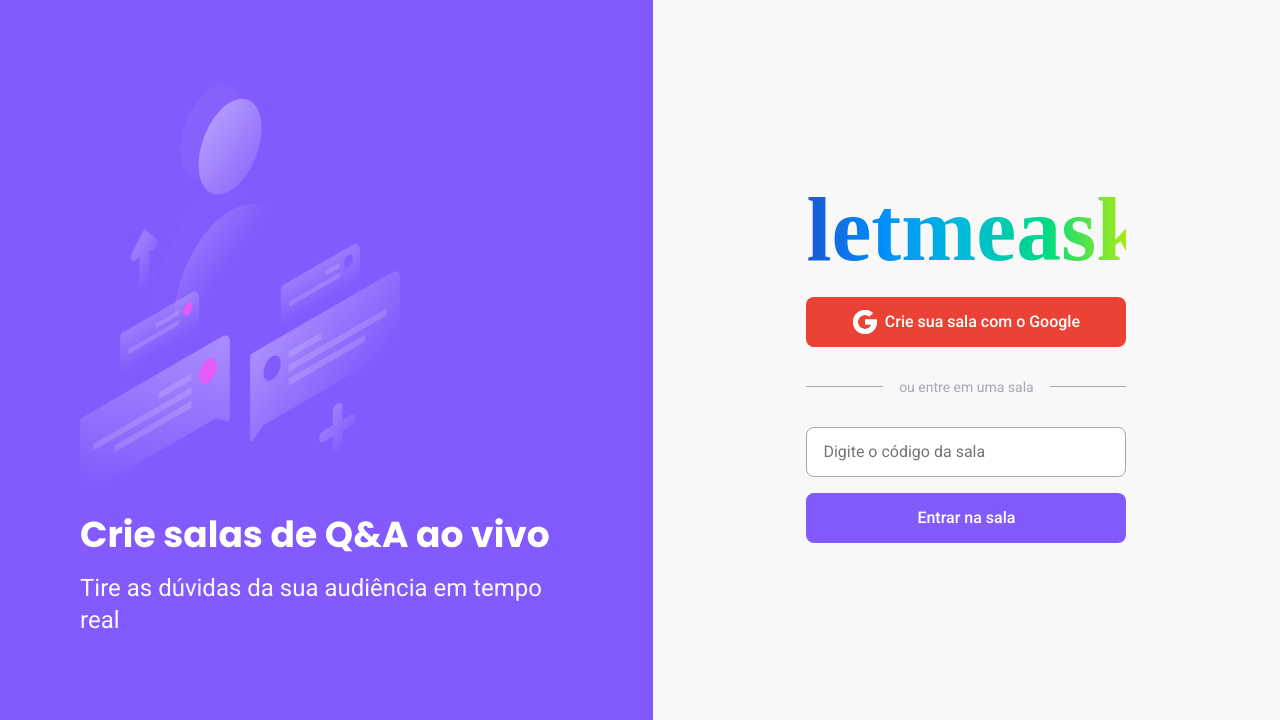
Repository: joaovnogueira/letmeask
Page: /
An editor plug-in stored every save of this project. The page is shown before and after a run of saves, followed by the edit.
The browser window is 1280 px wide. The pictures show the whole page.
The project was rebuilt for these pictures with package versions that can differ from the ones it lists, and the page was loaded fresh each time. A package was used in the major version that the imports need, not the one package.json lists. Also part of the build but not shown: src/pages/NewRoom.tsx, src/components/Question.tsx, src/styles/room-code.scss, src/components/RoomCode.tsx, src/hooks/useRoom.tsx, src/styles/rooms.scss, src/pages/AdminRoom.tsx. Imported but missing from the stored project, and not drawn on this page: src/pages/Room.

Above is the page before, as saved 2022-03-12 15:19:21.

### public/index.html
<!DOCTYPE html>
<html lang="en">
  <head>
    <meta charset="utf-8" />
    <meta name="viewport" content="width=device-width, initial-scale=1" />


    <link rel="preconnect" href="https://fonts.googleapis.com">
    <link rel="preconnect" href="https://fonts.gstatic.com" crossorigin>
    <link href="https://fonts.googleapis.com/css2?family=Poppins:wght@400;700&family=Roboto:wght@400;500&display=swap" rel="stylesheet">


    <title>Letmeask</title>


  </head>
  <body>
    <noscript>You need to enable JavaScript to run this app.</noscript>
    <div id="root"></div>
  </body>
</html>

### src/index.tsx
import React from 'react';
import ReactDOM from 'react-dom';
import App from './App';

import './services/firebase';
import './styles/global.scss';

ReactDOM.render(
  <React.StrictMode>
    <App />
  </React.StrictMode>,
  document.getElementById('root')
);

### src/App.tsx
import { BrowserRouter, Route, Switch } from 'react-router-dom'

import { Home } from './pages/Home';
import { NewRoom } from './pages/NewRoom'
import { Room } from './pages/Room';
import { AdminRoom } from './pages/AdminRoom';

import { AuthContextProvider } from './contexts/AuthContext'


function App() {


  return (
     <BrowserRouter>
      <AuthContextProvider>
        <Switch>
          <Route path="/" exact component={Home} />
          <Route path="/rooms/new" exact component={NewRoom} />
          <Route path="/rooms/:id" component={Room} />

          <Route path="/admin/rooms/:id" component={AdminRoom} />
        </Switch>
      </AuthContextProvider>
     </BrowserRouter>
  );
}

export default App;

### src/services/firebase.ts

import firebase from 'firebase/compat/app';

import 'firebase/compat/auth';
import 'firebase/compat/firestore';
import 'firebase/compat/database';

//import firebase from 'firebase/app';

//import 'firebase/auth';
//import 'firebase/firestore';



const firebaseConfig = {
    apiKey: process.env.REACT_APP_API_KEY,
    authDomain: process.env.REACT_APP_AUTH_DOMAIN,
    databaseURL: process.env.REACT_APP_DATABASE_URL,
    projectId: process.env.REACT_APP_PROJECT_ID,
    storageBucket: process.env.REACT_APP_STORAGE_BUCKET,
    messagingSenderId: process.env.REACT_APP_MESSAGING_SENDER_ID,
    appId: process.env.REACT_APP_APP_ID
  };

  firebase.initializeApp(firebaseConfig);


//const auth = firebase.auth();
const database = firebase.database();
const auth = firebase.auth();

export {auth, database, firebase}
//export {firebase}
//export {auth}
//export {database}

### src/styles/global.scss
*{
    margin: 0;
    padding: 0;
    box-sizing: border-box;
}

body{
    background: #f8f8f8;
    color: #29292e
}

body, input, button, textarea{
    font: 400 16px 'Roboto', sans-serif;
}

### src/pages/Home.tsx
import { useHistory } from "react-router-dom";

//import 'firebase/compat/auth';
import {auth, database, firebase} from '../services/firebase'
//import firebase from 'firebase/compat/app';


import illustrationImg from '../assets/images/illustration.svg';
import logoImg from '../assets/images/logo.svg';
import googleIconImage from '../assets/images/google-icon.svg';


import '../styles/auth.scss'

import { Button } from '../components/Button'
import { useAuth } from "../hooks/useAuth";
import { FormEvent, useState } from "react";

export function Home() {
    const history = useHistory();
    const { user, signInWithGoogle } = useAuth();
    const [ roomCode, setRoomCode ] = useState('');

    async function handleCreateRoom() {

        if (!user){
            await signInWithGoogle()
        }

        history.push('/rooms/new')

    }

    async function handleJoinRoom(event: FormEvent){
        event.preventDefault();

        if (roomCode.trim() == ''){
            return;
        }

        const roomRef = await database.ref(`rooms/${roomCode}`).get();

        if(!roomRef.exists()){
            alert('Room does not exists.')
            return;
        }

        if(roomRef.val().endedAt){
            alert('Room already closed.');
            return;
        }

        history.push(`/rooms/${roomCode}`)
    }

    return(
        <div id = 'page-auth'>
            <aside>
                <img src={illustrationImg} alt="Ilustração simbolizando perguntas e respostas"/>
                <strong>Crie salas de Q&amp;A ao vivo</strong>
                <p>Tire as dúvidas da sua audiência em tempo real </p>
            </aside>
            <main>
                <div className="main-content">
                    <h1 id='Logo'>letmeask</h1>
                    <button onClick={handleCreateRoom} className="create-room">
                        <img src={googleIconImage} alt="Logo do Google" />
                        Crie sua sala com o Google
                    </button>
                    <div className="separator">ou entre em uma sala</div>
                    <form onSubmit={handleJoinRoom}>
                        <input
                           type="text"
                           placeholder="Digite o código da sala"
                           onChange={event => setRoomCode(event.target.value)}
                           value = {roomCode}
                        />
                        <Button type="submit">
                            Entrar na sala
                        </Button>
                    </form>
                </div>
            </main>
        </div>
    )
}

### src/contexts/AuthContext.tsx
//import firebase from "firebase/compat/app";
import { auth,firebase } from "../services/firebase";

import { createContext, ReactNode, useEffect, useState } from "react";


type User = {
    id: string;
    name: string;
    avatar: string;
  }

  type AuthContextType = {
    user: User | undefined;
    signInWithGoogle: () => Promise<void>;
  }

type AuthContextProviderProps = {
    children: ReactNode;
}

export const AuthContext = createContext({} as AuthContextType);

export function AuthContextProvider(props: AuthContextProviderProps){

    const [user, setUser] = useState<User>()

    useEffect(() => {
        const unssubscribe = auth.onAuthStateChanged(user => {
         if (user) {
            const {displayName,photoURL, uid} = user;

             if(!displayName || !photoURL){
             throw new Error('Missing Information from Google Account.')
            }

         setUser({
           id: uid,
           name: displayName,
           avatar: photoURL
         })
       }
     })

     return () => {
       unssubscribe();
     }
     }, [])

   async function signInWithGoogle(){
     const provider = new firebase.auth.GoogleAuthProvider();

     const result = await auth.signInWithPopup(provider);

       if (result.user){
         const {displayName,photoURL, uid} = result.user;

         if(!displayName || !photoURL){
           throw new Error('Missing Information from Google Account.')
         }

         setUser({
           id: uid,
           name: displayName,
           avatar: photoURL
         })
       }

   }

    return (
        <AuthContext.Provider value={{ user, signInWithGoogle }}>
            {props.children}
        </AuthContext.Provider>

    );
}

### src/styles/auth.scss
@import url('https://fonts.googleapis.com/css2?family=Courgette&display=swap');

#page-auth{
    display: flex;
    align-items: stretch;
    height: 100vh;



    aside{
        flex: 7;
        background: #835afd;
        color: #fff;

        display: flex;
        flex-direction: column;
        justify-content: center;

        padding: 120px 80px;

        img{
            max-width: 320px;
        }

        strong{
            font: 700 36px 'Poppins', sans-serif;
            line-height: 42px;
            margin-top: 16px
        }

        p{
            font-size: 24px;
            line-height: 32px;
            margin-top: 16px;
            color: #f8f8f8;
        }
    }

    main{
        flex: 8;

        padding: 0 32px;
        display: flex;
        align-items: center;
        justify-content: center;

    }

    .main-content{
        display: flex;
        flex-direction: column;
        width: 100%;
        max-width: 320px;
        align-items: stretch;
        text-align: center;

        h1#Logo{
            font-family: 'Dancing Script', cursive;
            font-size: 90px;
            background-image:
            linear-gradient(to right, #1859d3, #0091fc, #00bbd9, #00da84, #a8eb12);
            background-clip: text;
            -webkit-background-clip: text;
            color: transparent;
        }

        > img{
            align-self: center;
        }

        h2{
            font-size: 24px;
            margin: 64px 8 24px;
            font-family: 'Poppins', sans seriff;
        }

        form{
            input{
                height:50px;
                border-radius: 8px;
                padding: 0 16px;
                background: #fff;
                border: 1px solid #a8a8b3
            }
        }

        p{
            font-size: 14px;
            color: #737380;
            margin-top: 16px;

        }

        a{
            color: #e559f9
        }

        button{
            margin-top: 16px;
        }

        button, input{
            width: 100%;
        }
    }

    .create-room{
        margin-top: 64px;
        height: 50px;
        border-radius: 8px;
        font-weight: 500;
        background: #ea4335;
        color:#fff;

        display: flex;
        justify-content: center;
        align-items: center;

        cursor: pointer;
        border: 0;

        transition: filter 0.2s;

        img{
            margin-right: 8px;
        }

        &:hover{
            filter: brightness(0.9);
        }
    }

    .separator{
        font-size: 14px;
        color: #a8a8b3;

        margin: 32px 0;
        display: flex;
        align-items: center;

        &::before {
            content: '';
            flex: 1;
            height: 1px;
            background: #a8a8b3;
            margin-right: 16px;
        }
        &::after{
            content: '';
            flex: 1;
            height: 1px;
            background: #a8a8b3;
            margin-left: 16px;
        }
    }


}

### src/components/Button.tsx
import { ButtonHTMLAttributes } from 'react'
import '../styles/button.scss'


type ButtonProps = ButtonHTMLAttributes<HTMLButtonElement> & {
    isOutlined?: boolean;
}

export function Button({isOutlined = false, ...props}: ButtonProps) {
    return(
        <button
            className={`button ${isOutlined ? 'outlined' : ''}`}
            {...props}>
        </button>
    )
}

### src/hooks/useAuth.ts
import { useContext } from 'react';
import { AuthContext } from '../contexts/AuthContext'

export function useAuth() {
    const value =  useContext(AuthContext);

    return value;
}

### src/styles/button.scss
.button{
    height: 50px;
    border-radius: 8px;
    font-weight: 500;
    background: #835afd;
    color:#fff;
    padding: 0 32px;

    display: flex;
    justify-content: center;
    align-items: center;

    cursor: pointer;
    border: 0;

    transition: filter 0.2s;

    img{
        margin-right: 8px;
    }

    &.outlined {
        background: #FFF;
        border: 1px solid #835afd;
        color: #835afd;
    }

    &:not(:disabled):hover{
        filter: brightness(0.9);
    }

    &:disabled{
        opacity: 0.6;
        cursor: not-allowed;
    }
}

After the next 2 saves:
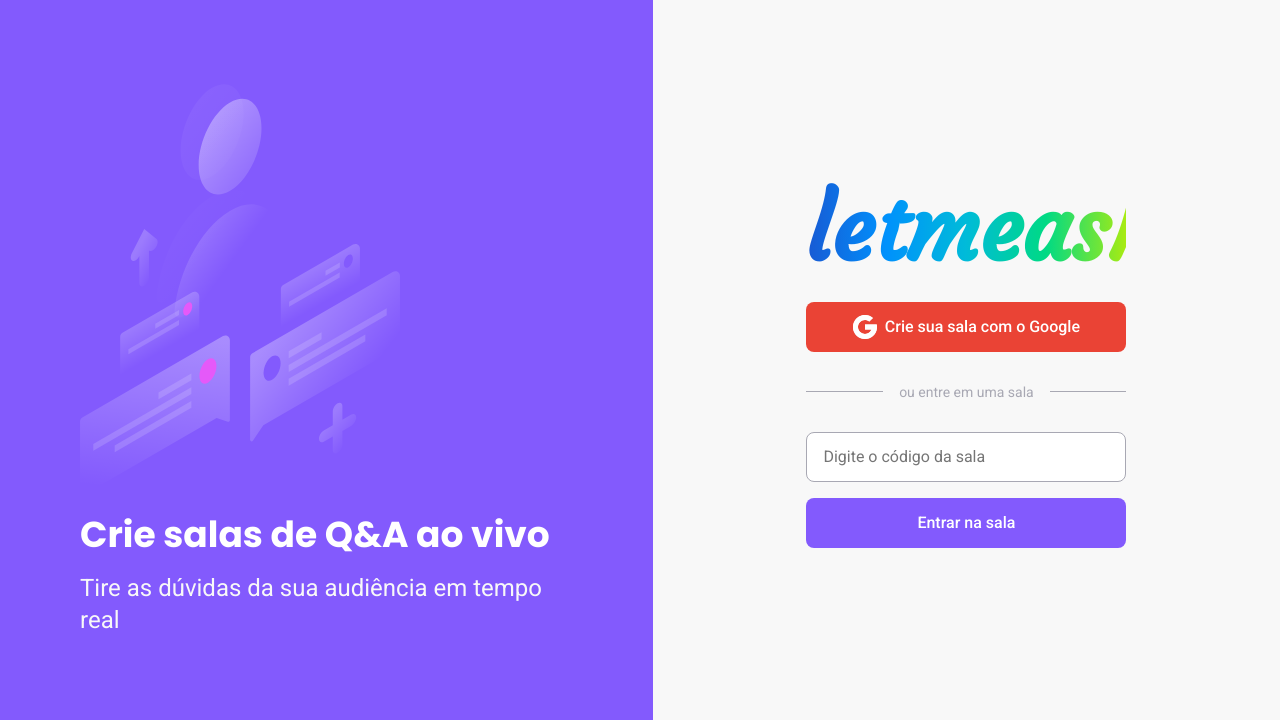
The 2 saves are shown as one change because they came seconds apart.
The last was saved 10 s later.
--- a/src/styles/auth.scss
+++ b/src/styles/auth.scss
@@ -55,7 +55,7 @@
         text-align: center;
 
         h1#Logo{
-            font-family: 'Dancing Script', cursive;
+            font-family: 'Courgette', cursive;
             font-size: 90px;
             background-image:
             linear-gradient(to right, #1859d3, #0091fc, #00bbd9, #00da84, #a8eb12);
